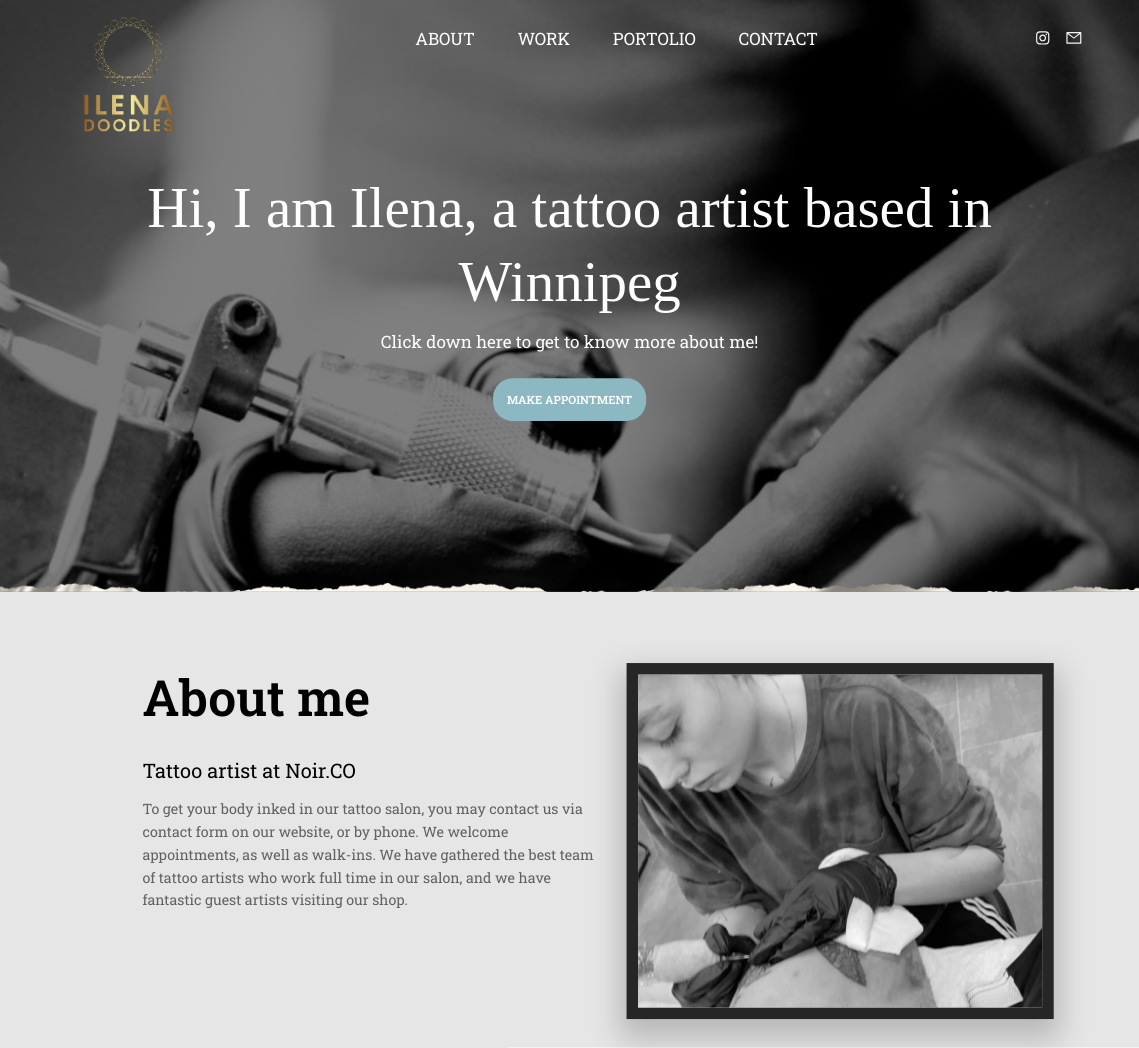
Repository: Leoka2000/Ilena
Page: /
These files come from the project's save history. The page is drawn as it stood at one moment and after a run of saves; the edit follows.
The browser window is 1280 px wide. The pictures show the whole page, at 89% of full size.
Some web fonts or font styles are not loaded; a fallback is used. The project was rebuilt for these pictures with package versions that can differ from the ones it lists, and the page was loaded fresh each time. Also part of the build but not shown: src/App.css.

Above is the page before, as saved 2023-03-02 23:57:22.

### public/index.html
<!DOCTYPE html>
<html lang="en">
  <head>
    <meta charset="utf-8" />
    <link rel="icon" href="%PUBLIC_URL%/favicon.ico" />
    <meta name="viewport" content="width=device-width, initial-scale=1" />
    <meta name="theme-color" content="#000000" />
    <meta
      name="description"
      content="Web site created using create-react-app"
    />
    <link rel="apple-touch-icon" href="%PUBLIC_URL%/logo192.png" />
    <!--
      manifest.json provides metadata used when your web app is installed on a
      user's mobile device or desktop. See https://developers.google.com/web/fundamentals/web-app-manifest/
    -->

    <!-- Gloock -->
    <link rel="preconnect" href="https://fonts.googleapis.com">
<link rel="preconnect" href="https://fonts.gstatic.com" crossorigin>
<link href="https://fonts.googleapis.com/css2?family=Fira+Sans+Extra+Condensed:wght@300&family=Inter:wght@300;400;500;600;700&family=Roboto+Condensed:wght@300&family=Roboto+Slab:wght@400;500;600&display=swap" rel="stylesheet">
    <!-- Gloock -->
    <!-- FONT MULISH -->
    <link rel="preconnect" href="https://fonts.googleapis.com">
<link rel="preconnect" href="https://fonts.gstatic.com" crossorigin>
<link href="https://fonts.googleapis.com/css2?family=Fira+Sans+Extra+Condensed:wght@300&family=Inter:wght@300;400;500;600;700&family=Roboto+Condensed:wght@300&family=Roboto+Slab:wght@400;500;600&display=swap" rel="stylesheet">
    <!-- FONT MULISH -->
    <link rel="manifest" href="%PUBLIC_URL%/manifest.json" />
    <!--
      Notice the use of %PUBLIC_URL% in the tags above.
      It will be replaced with the URL of the `public` folder during the build.
      Only files inside the `public` folder can be referenced from the HTML.

      Unlike "/favicon.ico" or "favicon.ico", "%PUBLIC_URL%/favicon.ico" will
      work correctly both with client-side routing and a non-root public URL.
      Learn how to configure a non-root public URL by running `npm run build`.
    -->
    <title>React App</title>
  </head>
  <body>
    <noscript>You need to enable JavaScript to run this app.</noscript>
    <div id="root"></div>
    <!--
      This HTML file is a template.
      If you open it directly in the browser, you will see an empty page.

      You can add webfonts, meta tags, or analytics to this file.
      The build step will place the bundled scripts into the <body> tag.

      To begin the development, run `npm start` or `yarn start`.
      To create a production bundle, use `npm run build` or `yarn build`.
    -->
  </body>
</html>

### src/App.js
import Home from './pages/home/home'
import './App.css';
import Navbar from './components/navbar';

function App() {
  return (
    <>
      <Navbar/>
    <Home/>
    </>
  );
}

export default App;

### src/pages/home/home.js
import React from 'react'
import Hero from '../hero/hero'
import About from '../about/about'


const home = () => {
  return (
    <>
      <Hero/>
      <About/>
    </>
  )
}

export default home

### src/components/navbar.jsx
import React, { useRef, useState } from 'react'
import './navbar.css'
import { AiOutlineInstagram } from 'react-icons/ai'
import { AiOutlineMail } from 'react-icons/ai'
import Logo from '../assets/brand/logo.png'
import { FaBars } from 'react-icons/fa'
import { FaTimes } from 'react-icons/fa'
import { Link } from 'react-scroll'

const Navbar = () => {
  const navRef = useRef();

  const showNavbar = () => {
    navRef.current.classList.toggle("responsive_nav");
  };

  return (
    <div className='navbar-renderer'>
      <nav ref={navRef}>
        <img src={Logo} />
        <ul>
          <li><Link onClick={showNavbar} spy={true} smooth={true} offset={100} duration={500}>ABOUT</Link></li>
          <li><Link onClick={showNavbar} spy={true} smooth={true} offset={100} duration={500}>WORK</Link></li>
          <li><Link onClick={showNavbar} spy={true} smooth={true} offset={100} duration={500}>PORTOLIO</Link></li>
          <li><Link onClick={showNavbar} spy={true} smooth={true} offset={100} duration={500}>CONTACT</Link></li>
        </ul>
        <div className='navbar-icons-wrapper'>
          <a><AiOutlineInstagram /></a>
          <a><AiOutlineMail /></a>
        </div>
        <button
          className="close"
          onClick={showNavbar}>
          <FaTimes />
        </button>
      </nav>

      <button onClick={showNavbar} className='bars-button'>
        <FaBars className='bars' />
      </button>
    </div>
  )
}

export default Navbar

### src/pages/hero/hero.js
import React from 'react'
import './hero.css'

const hero = () => {
  return (
    <section className='hero-section'>
      <h1>Hi, I am Ilena, a tattoo artist based in Winnipeg</h1>
      <p>Click down here to get to know more about me!</p>
      <button>MAKE APPOINTMENT</button>
    </section>
  )
}

export default hero

### src/pages/about/about.jsx
import React from 'react'
import './about.css'
import Illena from '../../assets/brand/Illena.jpg'
import Illena2 from '../../assets/brand/Illena2.jpg'

const About = () => {
  return (
    <section className='about-section'>
      <div className='left-about'>
        <h1>About me</h1>
        <h3>Tattoo artist at Noir.CO</h3>
        <p>To get your body inked in our tattoo salon, you may contact us via contact form on our website, or by phone. We welcome appointments, as well as walk-ins. We have gathered the best team of tattoo artists who work full time in our salon, and we have fantastic guest artists visiting our shop.</p>
      </div>
      <div className='right-about'>
        <div className='img-thumbnail'><img src={Illena2}/></div>
      </div>
    </section>
  )
}

export default About

### src/components/navbar.css
.navbar-renderer {
    display: flex;
    justify-content: center;
    position:absolute;
    width: 100%;
    z-index: 1;
}
nav {
    display: flex;
    height: 85px;
background-color: transparent;
justify-content: space-between;
align-items: center;
width: 90%;
font-family: 'Fira Sans Extra Condensed', sans-serif;
font-family: 'Inter', sans-serif;
font-family: 'Roboto Condensed', sans-serif;
font-family: 'Roboto Slab', serif;

}
nav > img {
width: 10rem;
height: 10rem;
margin-top: 5rem;
}

nav > ul {
    display: flex;
    gap: 3rem;
    font-size: 1.2rem;
    color: white;
}
nav > ul > li:hover {
    color: rgb(133, 113, 0);
}
nav > ul > li {
   list-style: none;
   cursor: pointer;
   transition: 0.5s;

}
.navbar-icons-wrapper {
    display: flex;
    color: whitesmoke;
    font-size: 1.2rem;
    gap: 1rem;

}
.navbar-icons-wrapper > a > svg {
    transition: 0.4s;
}
.navbar-icons-wrapper > a > svg:hover {
    cursor: pointer;
    color: rgb(133, 113, 0);
}
.bars-button {
    position: fixed;
    right: 10rem;
    font-size: 2rem;
    background-color: transparent;
    outline: none;
    border: none;
    cursor: pointer;
    display: none;
}
.close {
    display: none;
}
@media only screen and (max-width: 1024px) {
    .bars-button {
        position: fixed;
        right: 1.5em;
        top: 1.5rem;
        font-size: 2rem;
        background-color: transparent;
        outline: none;
        border: none;
        cursor: pointer;
        display: flex;
    }
    .close {
        position: absolute;
		top: 1.5rem;
		right: 1.5rem;
        color: rgb(0, 0, 0);
        background: transparent;
	border: none;
	outline: none;
    display: flex;
    font-size: 1.7rem;
    cursor: pointer;
     }
    .responsive_nav{
		transform: none;
        display: flex;
        justify-content: flex-start;
		width: 100%;


	}
	nav {
        position: fixed;
		top: 0rem;
		left: 0rem;
		height: 100%;
		width: 100%;
		display: flex;
		flex-direction: column;
		align-items: center;
		justify-content: flex-start;
		gap: 2rem;
        text-align: center;
		padding-top: 5rem;
		transition: 0.8s;
		transform: translateY(-200vh);
        color: #677294;
		/* IMPORTANTE */
		background-color: rgb(206, 206, 206);
        z-index: 50;
	/* aqui que a magica acontece, esse é mt importante */
	}
}

### src/pages/hero/hero.css
.hero-section {
  position: relative;
  padding: 12rem 0 12rem 0;
  background-image: url('../../assets/brand/hero-img.png');
  object-fit: contain;
  background-position: top;
  background-attachment: scroll;
  z-index: 0;
  display: flex;
  justify-content: center;
  flex-direction: column;
  align-items: center;
  text-align: center;
  color: white;
  gap: 0.8rem;
}

.hero-section::after {
    position: absolute; /*IMPORTANT!*/
    background-color: transparent;
    content: "";
    width: 100%;
    height: 10px;
    mix-blend-mode:difference;
    left: 0;
    z-index: 1;
    bottom: 0rem;
background: url(../../assets/brand/overlay-bottom.png);
}
.hero-section::before {
  content: "";
  position: absolute;
  top: 0;
  left: 0;
  width: 100%;
  height: 100%;
  background-color: rgba(0, 0, 0, 0.5); /* adjust the opacity as needed */
  filter: brightness(0.7); /* apply the filter to the overlay */
  z-index: -1;
}

.hero-section > h1 {
  font-family: 'Gloock', serif;
  font-size: 4rem;
  width: 80%;
  filter: brightness(100%);
  color: rgb(255, 255, 255);
  line-height: 1.3;
}

.hero-section > p {
  color: rgb(255, 255, 255);
  font-size: 1.2rem;
font-family: 'Roboto Slab', serif;

}
.hero-section > button {
    background: #8bb8c1;
    padding: 1rem;
    border-radius: 22px;
    border: none;
    color: white;
    font-family: 'Roboto Slab', serif;
    margin-top: 1rem;
    font-weight: 900;
    font-size: 0.8rem;
    cursor: pointer;
    z-index: 0;
    transition: 0.3s;

}

.hero-section > button:hover {
    background: #ffffff;
   color: black;

    z-index: 0;
}

### src/pages/about/about.css
.about-section {
    padding: 5rem 6rem 2rem 10rem;
    background-color: #e6e6e6;
    display: flex;
    justify-content: space-around;
    font-family: 'Roboto Slab', serif;
}

.left-about  {
    padding-right: 2rem;
}
.left-about > h1 {
    font-size: 3.5rem;
    margin-bottom: 2rem;
    font-weight: 900;
}
.left-about > p  {
    color: rgb(97, 97, 97);
    line-height: 1.6;
    max-width: 700px;


}
 .left-about > h3  {
    color: rgb(0, 0, 0);
    font-size: 1.4rem;

}
.left-about > h3 {
    margin-bottom: 1rem;
}
.img-thumbnail {
    width: 30rem;
    height: 25rem
}
.img-thumbnail > img {
    height: 100%;
    width: 100%;
    object-fit: cover;
    border: 13px solid #25262f;
    filter: grayscale(1);
padding: 0;
box-shadow: 0 16px 32px 8px rgba(0, 0, 0, 0.2);
}

Loaded but not shown: src/index.js (common file); src/index.css (common file)

After the next 2 saves:
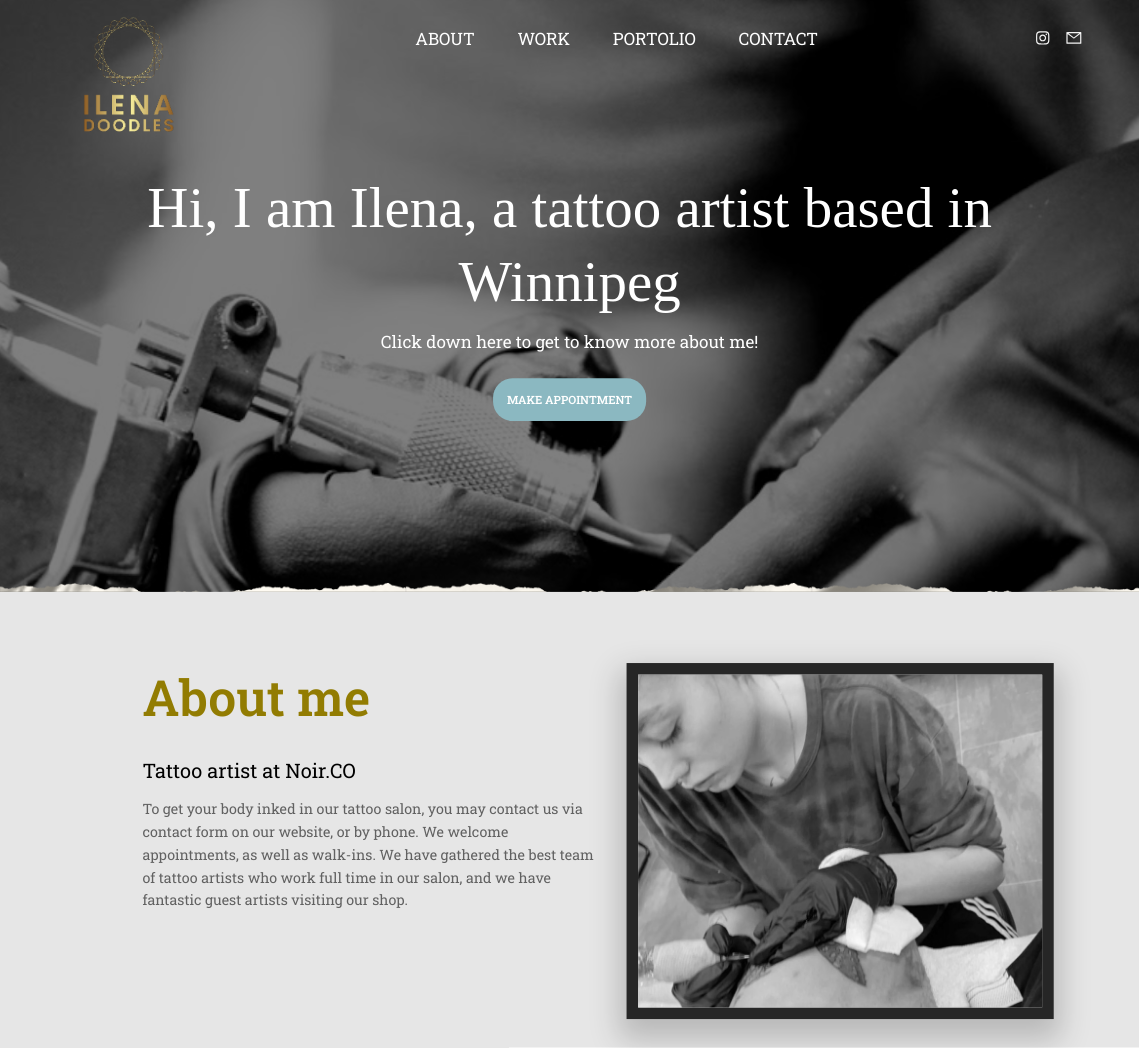
The 2 saves are shown as one change because they came seconds apart.
The last was saved 13 min 3 s later.
--- a/src/pages/about/about.css
+++ b/src/pages/about/about.css
@@ -10,6 +10,7 @@
     padding-right: 2rem;
 }
 .left-about > h1 {
+    color: rgb(146, 124, 2);
     font-size: 3.5rem;
     margin-bottom: 2rem;
     font-weight: 900;
